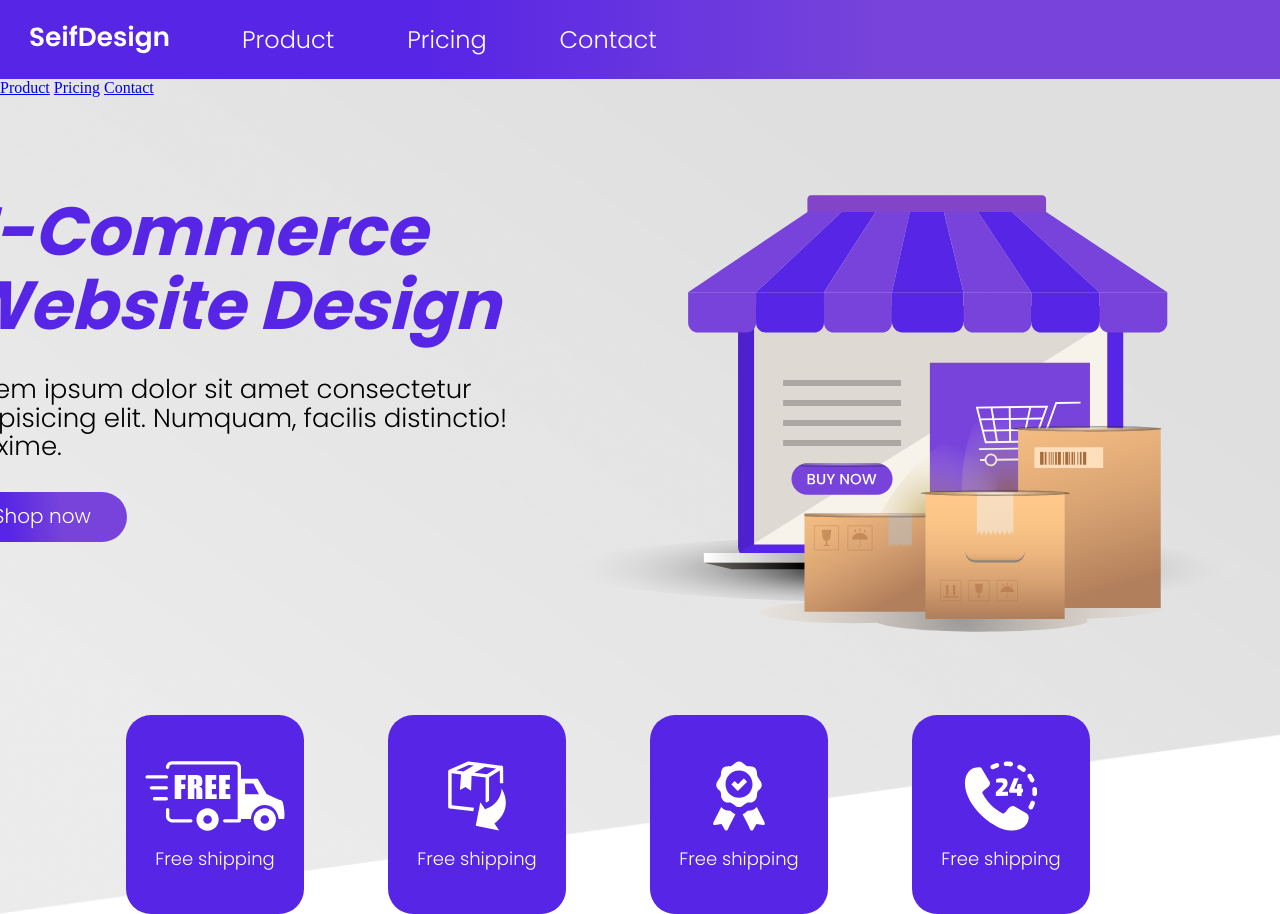
Repository: simralgasimov/newpage
Page: index.html
The author's editor kept a copy of each file at every save. The page is drawn from the files as they stood at one save, then again after the next save.
The browser window is 1280 px wide. The pictures show the whole page.
The style sheet was rebuilt from its Sass, Less or Tailwind sources for each picture, by a compiler version that may differ from the author's.

Above is the page before, as saved 2023-12-13 15:20:17.
Not found: index.js

After the next save:
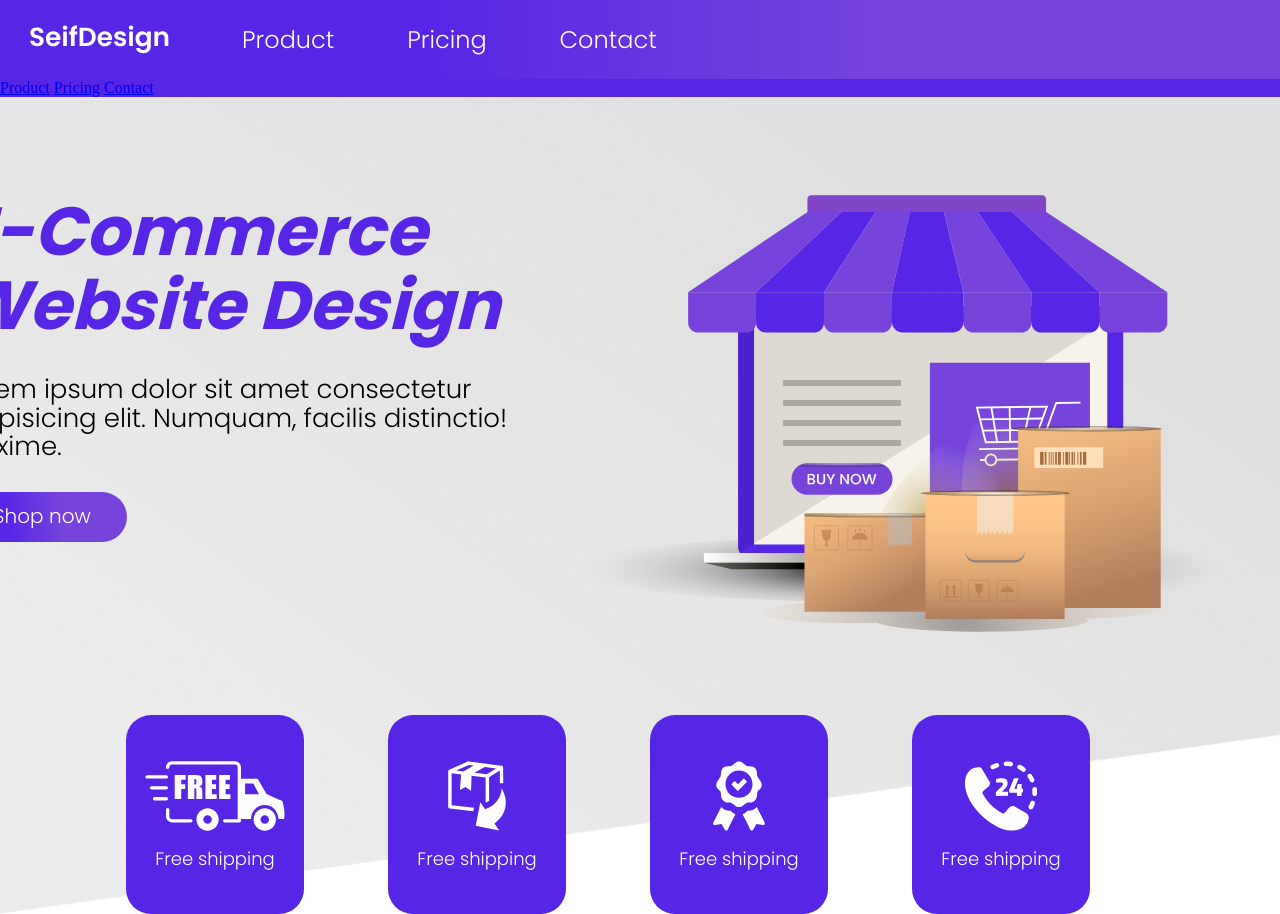
Saved 8 s later.
--- a/index.scss
+++ b/index.scss
@@ -60,7 +60,7 @@
     }
   }
   .menu-list{
-
+    background-color: #5725e5;
   }
   .box-container {
     .box-1 {
